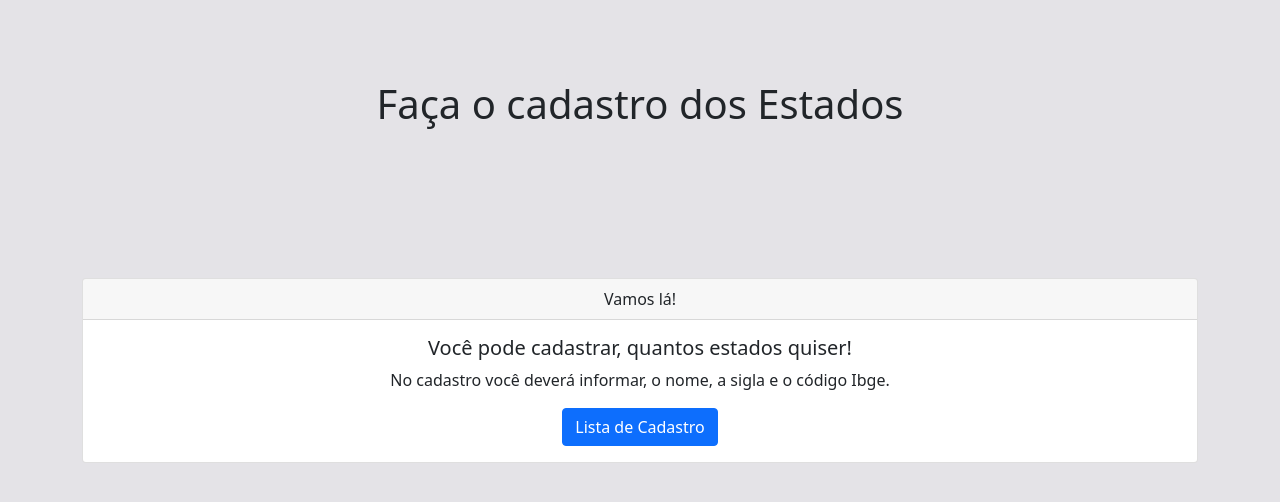
Repository: danielandradedasilva/ProjetoWebJava
Page: http://localhost/projetoweb/
An editor plug-in stored every save of this project. The page is shown before and after the next save, followed by the edit.
The browser window is 1280 px wide. The pictures show the whole page.
The page is served by Tomcat 9. Other server files are loaded and not shown.

Above is the page before, as saved 2021-05-10 02:02:56.

### projetoweb/src/main/webapp/index.jsp
<%@taglib prefix="c" uri="http://java.sun.com/jsp/jstl/core"%>
<%@taglib prefix="fmt" uri="http://java.sun.com/jsp/jstl/fmt"%>
<%@taglib uri="http://www.springframework.org/tags/form" prefix="form"%>


<%@ page language="java" contentType="text/html; charset=ISO-8859-1"
    pageEncoding="ISO-8859-1"%>
<!DOCTYPE html>
<html>
<head>
<meta charset="ISO-8859-1">
<title>Projeto Web</title>
<link href="https://cdn.jsdelivr.net/npm/bootstrap@5.0.0/dist/css/bootstrap.min.css" rel="stylesheet" integrity="sha384-wEmeIV1mKuiNpC+IOBjI7aAzPcEZeedi5yW5f2yOq55WWLwNGmvvx4Um1vskeMj0" crossorigin="anonymous">
<style type="text/css">
	.card{
		margin-top: 150px;
	}
	h1{
		margin-top: 80px;
	}
	body{
	 background-color: #E4E3E7;
	}
</style>
</head>
<body>

	<div class="container">
		<h1 align="center">Faça o cadastro dos Estados</h1>

		<div class="card text-center">
			<div class="card-header">
			   Vamos lá!
			</div>
		 <div class="card-body">
		    <h5 class="card-title"> Você pode cadastrar, quantos estados quiser!</h5>
		    <p class="card-text">No cadastro você deverá informar, o nome, a sigla e o código Ibge.</p>
		    <a href="#" class="btn btn-primary">Lista de Cadastro</a>
		 </div>
	</div>

		<div class="row">
			<div class="col"></div>
		</div>

	</div>

</body>
</html>

After the next save:
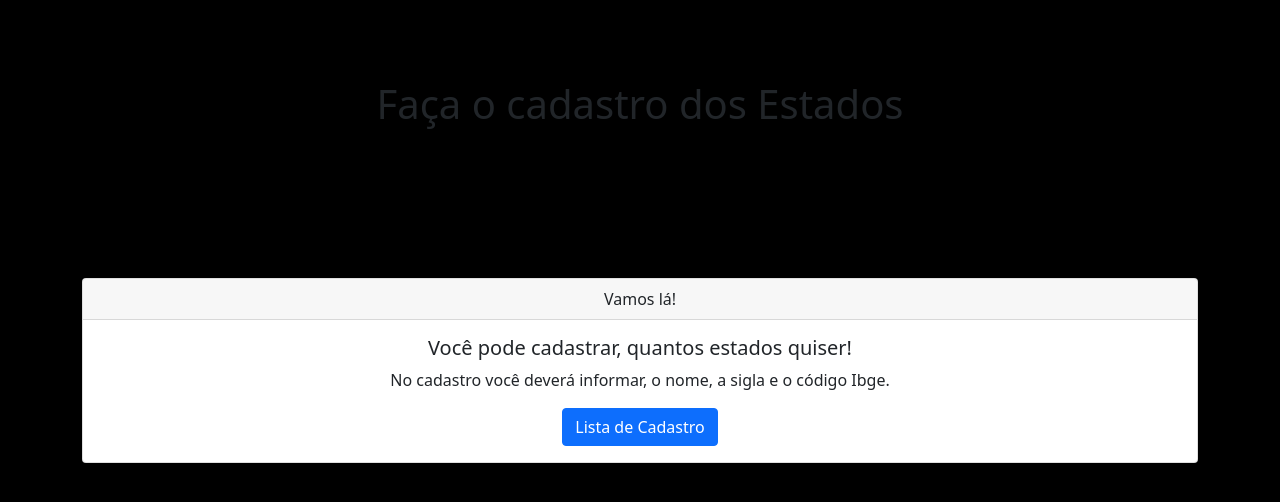
Saved 25 s later.
--- a/projetoweb/src/main/webapp/index.jsp
+++ b/projetoweb/src/main/webapp/index.jsp
@@ -19,7 +19,7 @@
 		margin-top: 80px;
 	}
 	body{
-	 background-color: #E4E3E7;
+	 background-color: black;
 	}
 </style>
 </head>
